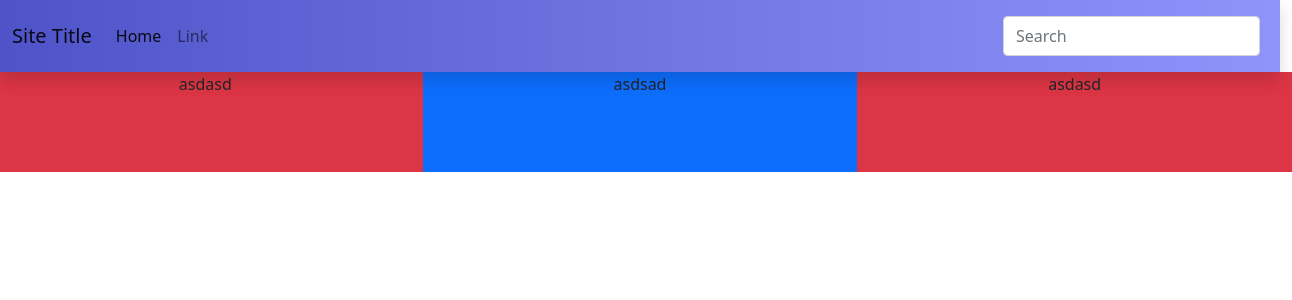
Repository: ttranhhoang/layoutBS
Page: layoutBS1/index.html
An editor plug-in stored every save of this project. The page is shown before and after a run of saves, followed by the edit.
The browser window is 1280 px wide. The page is 1292 px wide, then 1280 px, so the pictures cover 1292 px, including what lies to the right of the window. The pictures show the whole page.

Above is the page before, as saved 2022-04-24 18:06:54.

After the next 2 saves:
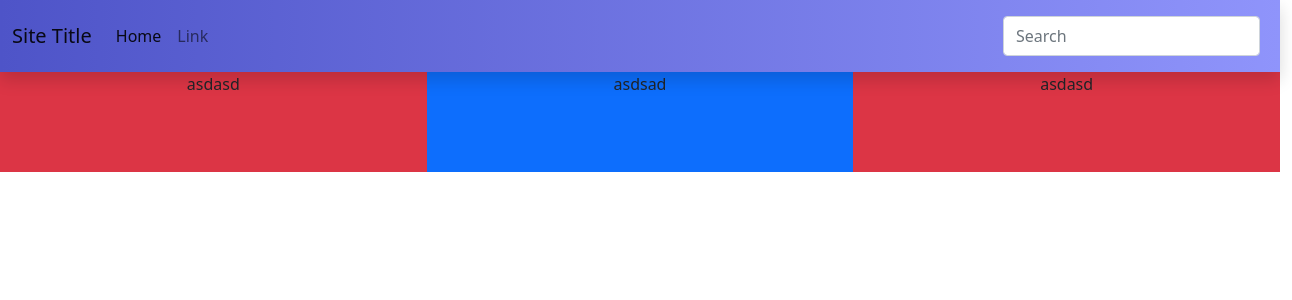
The 2 saves are shown as one change because they came seconds apart.
The last was saved 9 min 31 s later.
--- a/layoutBS1/index.html
+++ b/layoutBS1/index.html
@@ -80,7 +80,7 @@
 
     <section>
       <div class="">
-        <div class="row">
+        <div class="row g-0">
           <div class="col-md-4 text-center bg-danger">asdasd</div>
           <div class="col-md-4 text-center bg-primary">asdsad</div>
           <div class="col-md-4 text-center bg-danger">asdasd</div>
